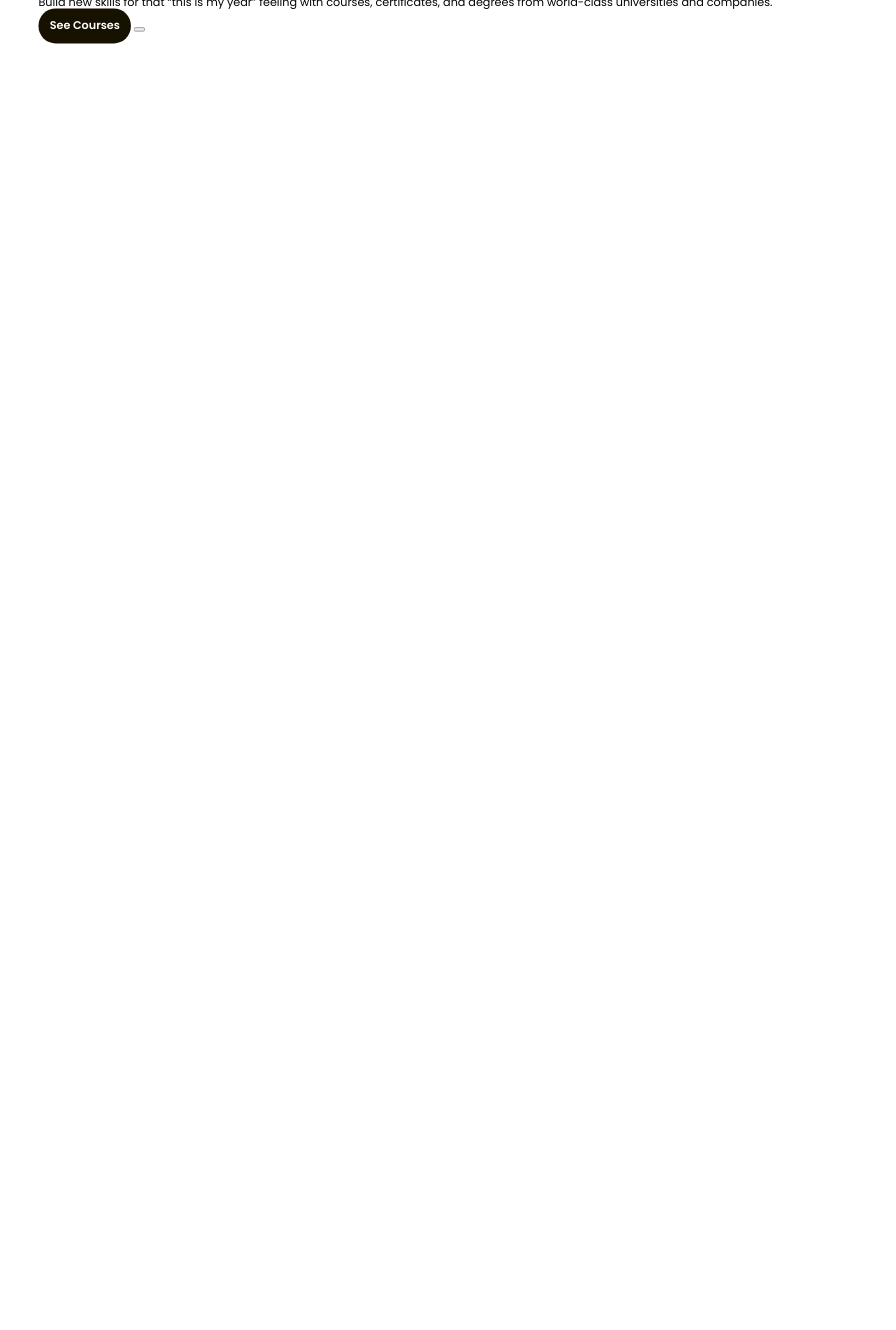
Repository: Tran-Dat/F8-Project-02
Page: index.html
The author's editor kept a copy of each file at every save. The page is drawn from the files as they stood at one save, then again after the next save.
The browser window is 1280 px wide. The pictures show the part of the page from y = 870 to 2770 px (the page is 3000 px tall), at 70% of full size.
A picture or video elsewhere on the page could not be fetched, so the positions and the page height are approximate.

Above is the page before, as saved 2023-03-30 10:09:52.

### index.html
<!DOCTYPE html>
<html lang="en">
    <head>
        <meta charset="UTF-8" />
        <meta http-equiv="X-UA-Compatible" content="IE=edge" />
        <meta name="viewport" content="width=device-width, initial-scale=1.0" />
        <title>F8 Project 02</title>
        <!-- reset css -->
        <link rel="stylesheet" href="assets/css/reset.css" />

        <!-- Font gg -->
        <link rel="preconnect" href="https://fonts.googleapis.com" />
        <link rel="preconnect" href="https://fonts.gstatic.com" crossorigin />
        <link
            href="https://fonts.googleapis.com/css2?family=Poppins:ital,wght@0,400;0,500;0,600;0,700;1,400&family=Sen:wght@700&display=swap"
            rel="stylesheet"
        />

        <!-- styles css -->
        <link rel="stylesheet" href="assets/css/styles.css" />
    </head>
    <body>
        <main style="height: 3000px">
            <!-- Header -->
            <header class="header fixed">
                <div class="main-content">
                    <div class="body">
                        <!-- Logo -->
                        <img
                            src="./assets/img/Logo-Lesson.svg"
                            alt="Lesseon"
                            class="logo"
                        />

                        <!-- Nav -->
                        <nav class="nav">
                            <ul>
                                <li class="active">
                                    <a href="#!">Home</a>
                                </li>
                                <li>
                                    <a href="#!">Courses</a>
                                </li>
                                <li>
                                    <a href="#!">Pricing</a>
                                </li>
                                <li>
                                    <a href="#!">Reviews</a>
                                </li>
                            </ul>
                        </nav>

                        <!-- ACtion -->
                        <div class="action">
                            <a href="#!" class="btn sign-up-btn">sign up</a>
                        </div>
                    </div>
                </div>
            </header>

            <!-- Hero -->
            <div class="hero">
                <div class="main-content">
                    <div class="body">
                        <!-- hero left -->
                        <div class="media-block">
                            <img
                                src="./assets/img/Hero-img.jpg"
                                alt="Learn without limits and spread knowledge."
                                class="img"
                            />

                            <div class="hero-summary">
                                <!-- Item 1 -->
                                <div class="item">
                                    <div class="icon">
                                        <img
                                            src="./assets/icon/list.svg"
                                            alt=""
                                        />
                                    </div>
                                    <div class="info">
                                        <p class="lable">20 Courses</p>
                                        <p class="title">UI/UX Design</p>
                                    </div>
                                </div>

                                <!-- Item 2 -->
                                <div class="item">
                                    <div class="icon">
                                        <img
                                            src="./assets/icon/code.svg"
                                            alt=""
                                        />
                                    </div>
                                    <div class="info">
                                        <p class="lable">20 Courses</p>
                                        <p class="title">Development</p>
                                    </div>
                                </div>

                                <!-- Item 3 -->
                                <div class="item">
                                    <div class="icon">
                                        <img
                                            src="./assets/icon/speaker.svg"
                                            alt=""
                                        />
                                    </div>
                                    <div class="info">
                                        <p class="lable">30 Courses</p>
                                        <p class="title">Marketing</p>
                                    </div>
                                </div>
                            </div>
                        </div>

                        <!-- hero right -->
                        <div class="content-block">
                            <h1 class="heading">
                                Learn without limits and spread knowledge.
                            </h1>
                            <p class="desc">
                                Build new skills for that “this is my year”
                                feeling with courses, certificates, and degrees
                                from world-class universities and companies.
                            </p>
                            <div class="cta-group">
                                <a href="" class="btn">See Courses</a>
                                <button class="watch-video">
                                    <span class="icon"></span>
                                </button>
                            </div>
                        </div>
                    </div>
                </div>
            </div>
        </main>
    </body>
</html>

### assets/css/styles.css
* {
    box-sizing: border-box;
}

html {
    font-size: 62.5%;
}

body {
    font-size: 1.6rem;
    font-family: "Poppins", sans-serif;
}

/*=================================================================== Common ===================================================================*/
a {
    text-decoration: none;
}

.btn {
    display: inline-block;
    min-width: 118px;
    padding: 0 16px;
    line-height: 50px;
    font-weight: 600;
    font-size: 1.6rem;
    text-align: center;
    color: #ffffff;
    background: #171100;
    border-radius: 24.5px;
}

.main-content {
    width: 1170px;
    max-width: calc(100% - 48px);
    margin-left: auto;
    margin-right: auto;
}

/*=================================================================== Header =================================================================== */

.header {
    background: #fffcf4;
}

.header.fixed {
    position: sticky;
    top: -28px;
}

.header .body {
    display: flex;
    align-items: center;
    padding: 36px 0 8px;
}

.nav {
    margin-left: auto;
}

.nav ul {
    display: flex;
}

.nav a {
    position: relative;
    padding: 8px 21px;
    font-size: 1.6rem;
    color: #5f5b53;
}

.nav a:hover,
.nav li.active a {
    /* font-weight: 600; */
    text-shadow: 1px 0 0 currentColor;
    color: #171100;
}

.nav li.active a::after {
    position: absolute;
    left: 21px;
    bottom: 6px;
    display: block;
    content: "";
    width: 12px;
    height: 2px;
    background: #171100;
    border-radius: 1px;
}

.header .sign-up-btn {
    min-width: 144px;
}

.header .action {
    margin-left: 49px;
}

Loaded but not shown: assets/css/reset.css (common file)

After the next save:
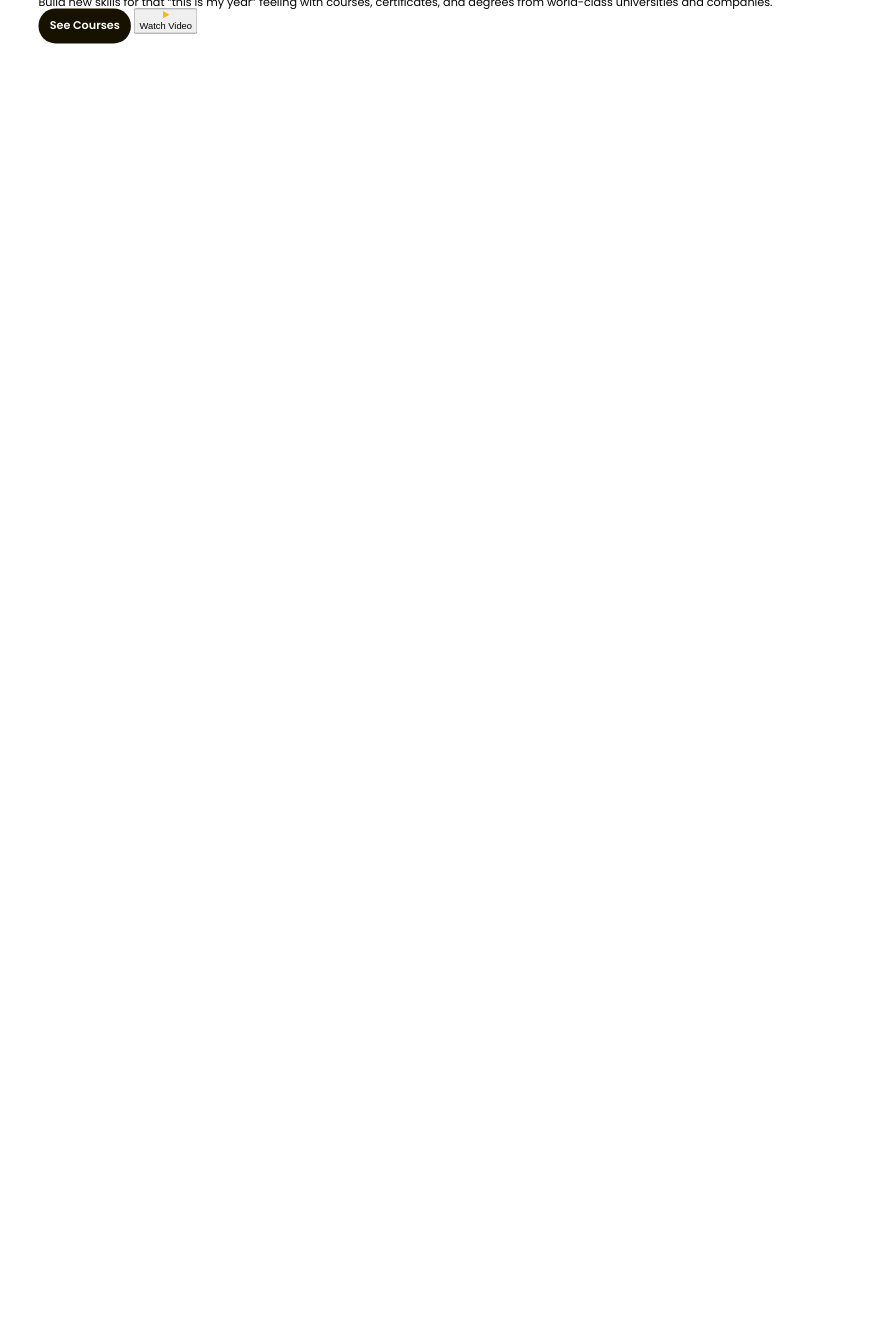
Saved 2 min 10 s later.
--- a/index.html
+++ b/index.html
@@ -128,7 +128,13 @@
                             <div class="cta-group">
                                 <a href="" class="btn">See Courses</a>
                                 <button class="watch-video">
-                                    <span class="icon"></span>
+                                    <div class="icon">
+                                        <img
+                                            src="./assets/icon/play.svg"
+                                            alt=""
+                                        />
+                                    </div>
+                                    <span>Watch Video</span>
                                 </button>
                             </div>
                         </div>
